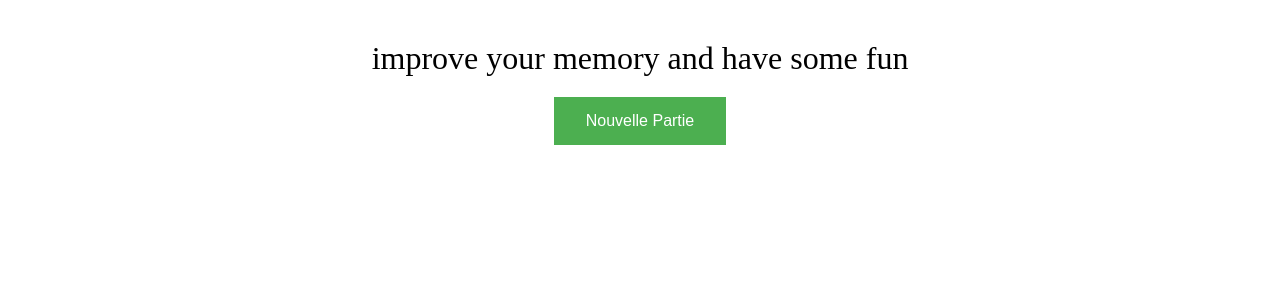
Repository: karim-sebih/react-memory
Page: / (app in react-memory/Memory/)
An editor plug-in stored every save of this project. The page is shown before and after a run of saves, followed by the edit.
The browser window is 1280 px wide. The pictures show the whole page.
The project was rebuilt for these pictures with package versions that can differ from the ones it lists, and the page was loaded fresh each time. Also part of the build but not shown: react-memory/Memory/vite.config.js.

Above is the page before, as saved 2025-05-22 10:31:58.

### react-memory/Memory/src/App.css
#root {
  max-width: 1280px;
  margin: 0 auto;
  padding: 2rem;
  text-align: center;
}

.logo {
  height: 6em;
  padding: 1.5em;
  will-change: filter;
  transition: filter 300ms;
}
.logo:hover {
  filter: drop-shadow(0 0 2em #646cffaa);
}
.logo.react:hover {
  filter: drop-shadow(0 0 2em #61dafbaa);
}

@keyframes logo-spin {
  from {
    transform: rotate(0deg);
  }
  to {
    transform: rotate(360deg);
  }
}

@media (prefers-reduced-motion: no-preference) {
  a:nth-of-type(2) .logo {
    animation: logo-spin infinite 20s linear;
  }
}

.card {
  padding: 2em;
}

.read-the-docs {
  color: #888;
}

.title {
  font-size: 2em;
  margin-bottom: 0.5em;
}

### react-memory/Memory/src/App.jsx
import { useState } from 'react'
import './App.css'
import NewGameButton from './components/Button.jsx'

function App() {
  const [gameStarted, setGameStarted] = useState(false)
  const [cards, setCards] = useState([])

  // Dummy cards for demonstration
  const initialCards = [
    { id: 1, value: 'A', flipped: false, matched: false },
    { id: 2, value: 'A', flipped: false, matched: false },
    { id: 3, value: 'B', flipped: false, matched: false },
    { id: 4, value: 'B', flipped: false, matched: false },
  ]

  const startNewGame = () => {
    // Shuffle and reset cards
    const shuffled = [...initialCards].sort(() => Math.random() - 0.5)
    setCards(shuffled)
    setGameStarted(true)
  }

  return (
    <>
      <div className='title'>

        improve your memory and have some fun

      </div>
      {!gameStarted ? (
        <NewGameButton onNewGame={startNewGame} />
      ) : (
        <div>

          <h1>Memory Game</h1>
          <div className="memory-board">
            {cards.map(card => (
              <div key={card.id} className="memory-card">
                {card.flipped || card.matched ? card.value : "?"}
              </div>
            ))}
          </div>
        </div>
      )}

    </>
  )
}

export default App

### react-memory/Memory/src/components/Button.jsx
import React from 'react';
import './Button.css';

const NewGameButton = ({ onNewGame }) => (
    <button  className='new-game-button' onClick={onNewGame}>
        Nouvelle Partie
    </button>
);



export default NewGameButton;

### react-memory/Memory/src/components/button.css
.new-game-button {
  background-color: #4CAF50; /* Green */
  border: none;
  color: white;
  padding: 15px 32px;
  text-align: center;
  text-decoration: none;
  display: inline-block;
  font-size: 16px;
  margin: 4px 2px;
  cursor: pointer;
}

Loaded but not shown: react-memory/Memory/index.html (common file); react-memory/Memory/src/main.jsx (common file)

After the next 2 saves:
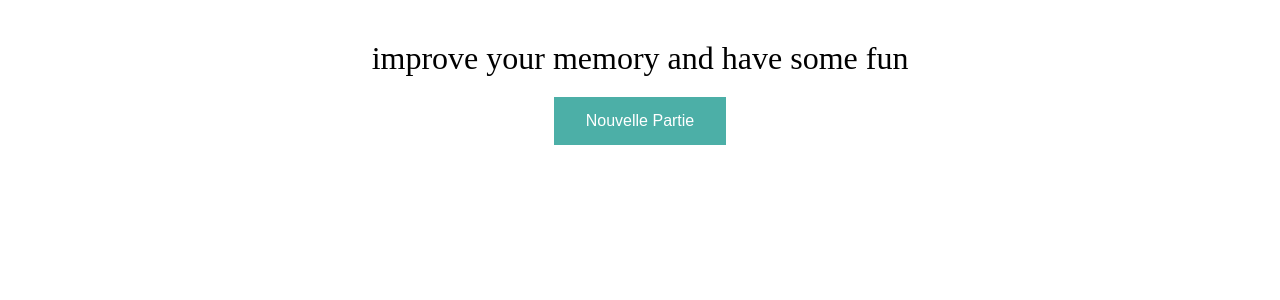
The 2 saves are shown as one change because they came seconds apart.
The last was saved 16 s later.
--- a/react-memory/Memory/src/components/button.css
+++ b/react-memory/Memory/src/components/button.css
@@ -1,5 +1,5 @@
 .new-game-button {
-  background-color: #4CAF50; /* Green */
+  background-color: #4cafa7;
   border: none;
   color: white;
   padding: 15px 32px;
